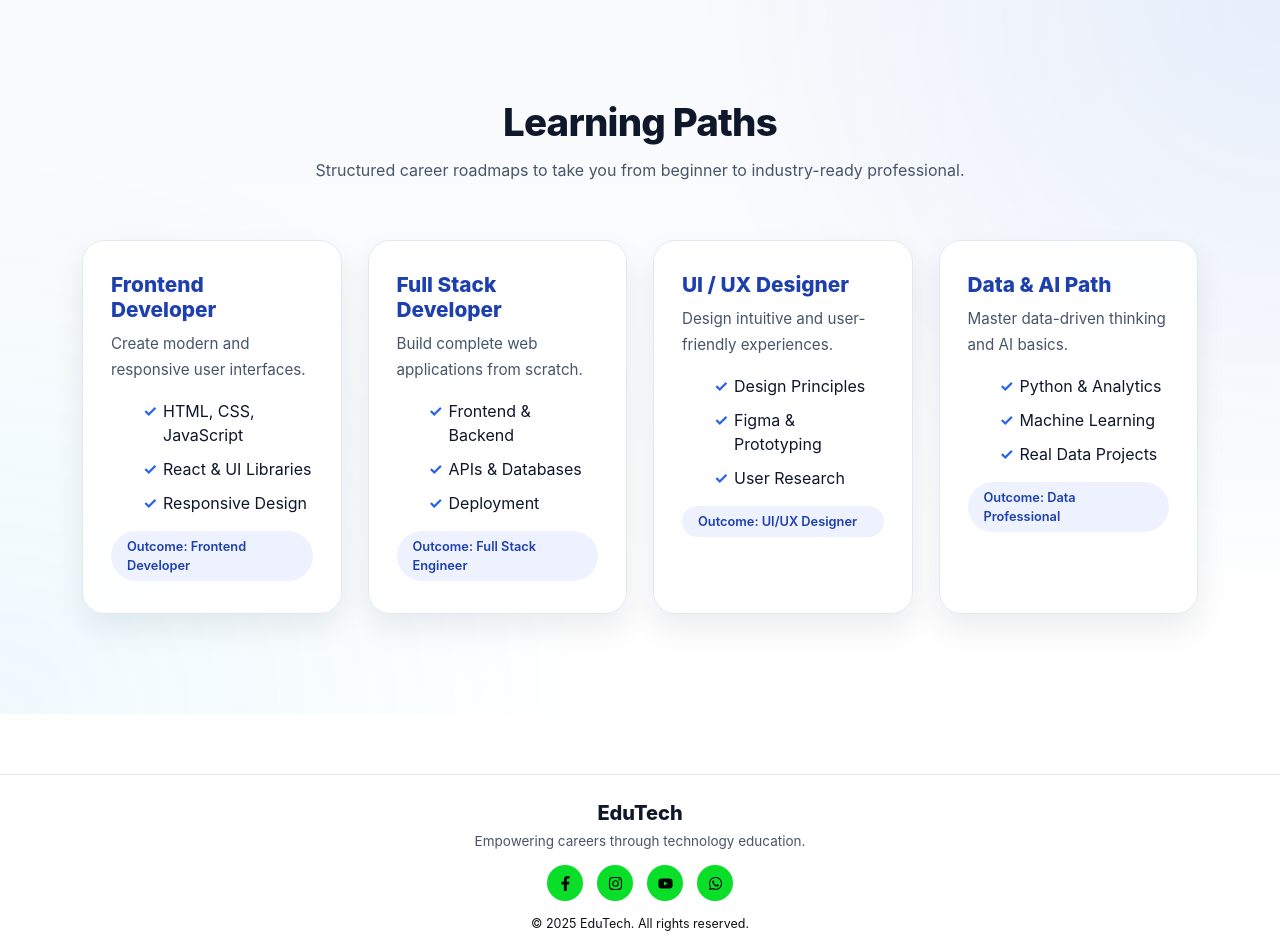
Repository: Aswin74k/project-2
Page: /
These files come from the project's save history. The page is drawn as it stood at one moment and after a run of saves; the edit follows.
The browser window is 1280 px wide. The pictures show the part of the page from y = 2045 to 2997 px (the page is 2997 px tall).
The project was rebuilt for these pictures with package versions that can differ from the ones it lists, and the page was loaded fresh each time. Also part of the build but not shown: vite.config.js, src/project/course.css, src/project/Course.jsx, src/project/About.css, src/project/About.jsx, src/project/Enroll.css, src/project/Enroll.jsx, src/project/contact.css and 2 more.

Above is the page before, as saved 2025-12-25 19:46:04.

After the next 2 saves:
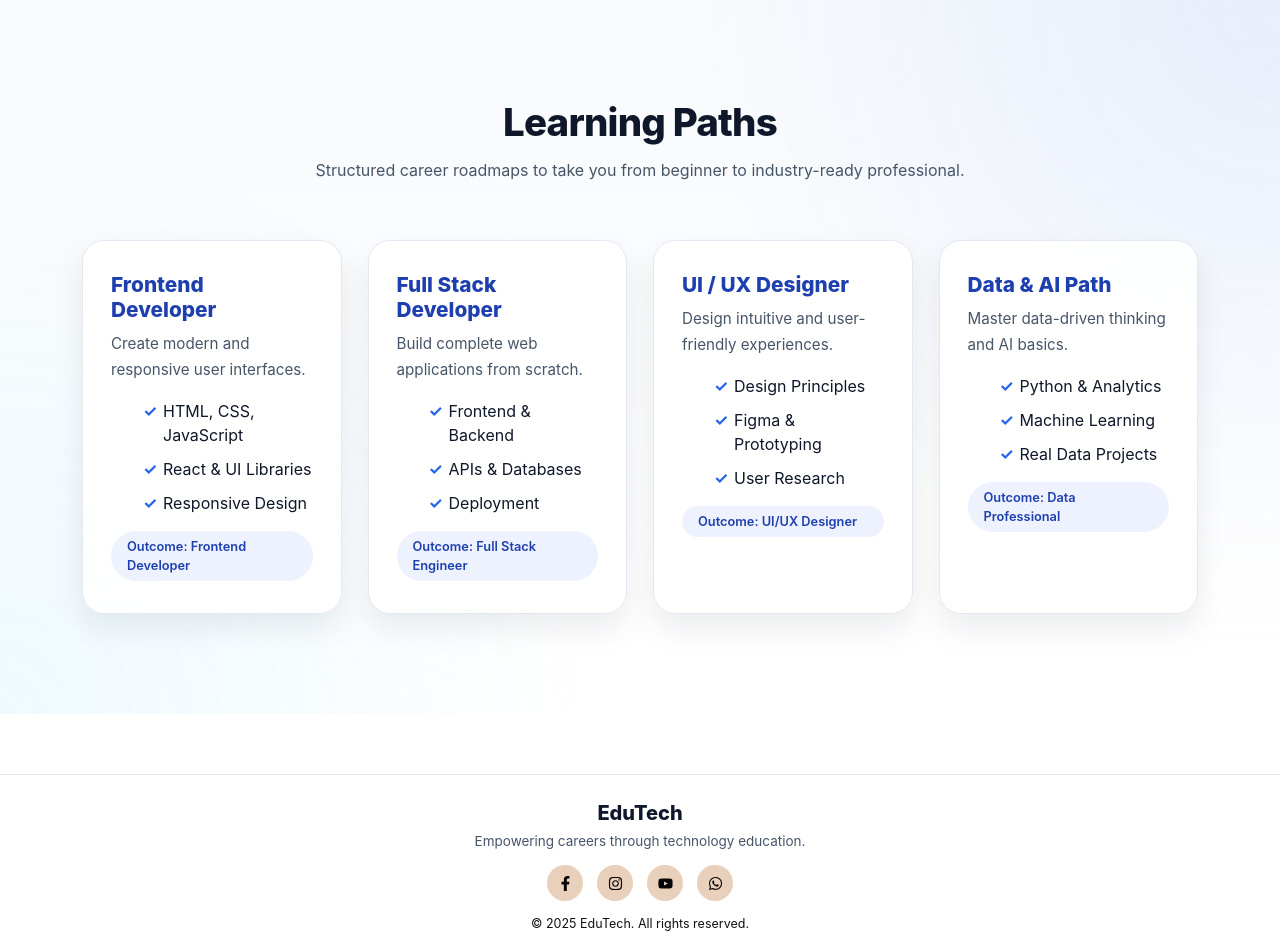
The 2 saves are shown as one change because they came seconds apart.
The last was saved 13 s later.
--- a/src/project/Home.css
+++ b/src/project/Home.css
@@ -314,7 +314,7 @@
 
 /* KEEP ICON COLORS SAME */
 .footer-social a {
-  background-color: rgb(9, 223, 41);
+  background-color: rgb(232, 208, 186);
   width: 36px;
   height: 36px;
   border-radius: 50%;
